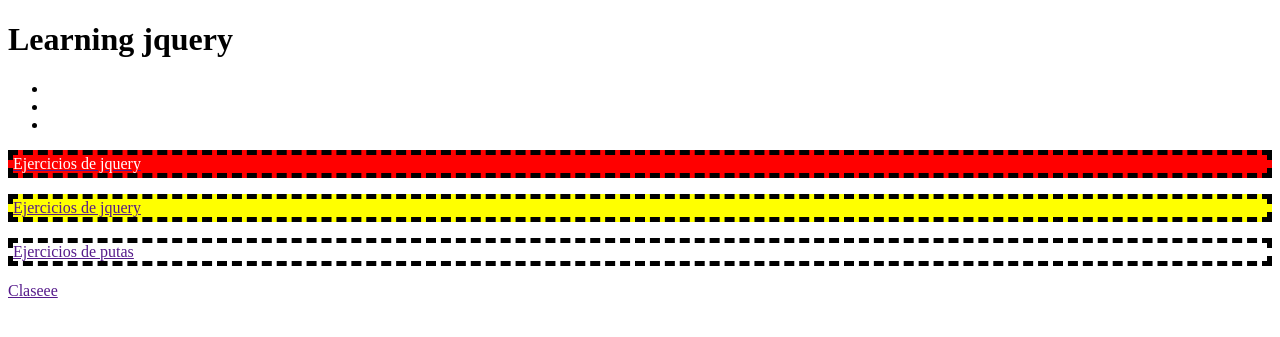
Repository: gitmadacode/practica_javascript
Page: Inicio/jquery/index.html
These files come from the project's save history. The page is drawn as it stood at one moment and after a run of saves; the edit follows.
The browser window is 1280 px wide. The pictures show the whole page.

Above is the page before, as saved 2019-09-13 18:52:34.

### Inicio/jquery/index.html
<!DOCTYPE html>
<html lang="en">
<head>
    <meta charset="UTF-8">
    <meta name="viewport" content="width=device-width, initial-scale=1.0">
    <meta http-equiv="X-UA-Compatible" content="ie=edge">
    <!--<script src="https://ajax.googleapis.com/ajax/libs/jquery/3.4.1/jquery.min.js"></script>--->
    <script type="text/javascript" src="../js/jquery.min.js"></script>
    <script type="text/javascript" src="../js/selectores.js"></script>
    <title>jquery</title>
    <h1>Learning jquery</h1>
    <ul>
        <li><a href="https://www.facebook.com/"></a></li>
        <li><a href="https://www.youtube.com/channel/UCrWvjjD84UOcbNMvv_22UVQ/videos"></a></li>
        <li><a href=""</li>
    </ul>
    <p id="rojo" class="zebra">Ejercicios de jquery</p>
    <p id="amarillo" class="zebra">Ejercicios de jquery</p>
    <p class="zebra">Ejercicios de putas</p>
    <p>Claseee</p>
</head>
<body>

</body>
</html>

### Inicio/js/selectores.js
//Un ID es un identificador unico , para muchos usamos Class

$(document).ready(function(){
    //Selector ID
    var rojo = $("#rojo").css("background","red")
                         .css("color","white");

    var amarillo = $("#amarillo").css("background","yellow");

    //Selector de clase

    var mi_clase = $('.zebra');
    mi_clase.css("border","5px dashed black");

    $('.sin_borde').click(function(){
        console.log("click dado");
        $(this).addClass('zebra');
    });

    //Selectores de etiqueta

    var parrafos = $('p');

    parrafos.click(function(){
    $(this).removeClass("zebra");
    });

    console.log(rojo);

    //Selectores de atributo


});

Loaded but not shown: Inicio/js/jquery.min.js (library)

After the next 2 saves:
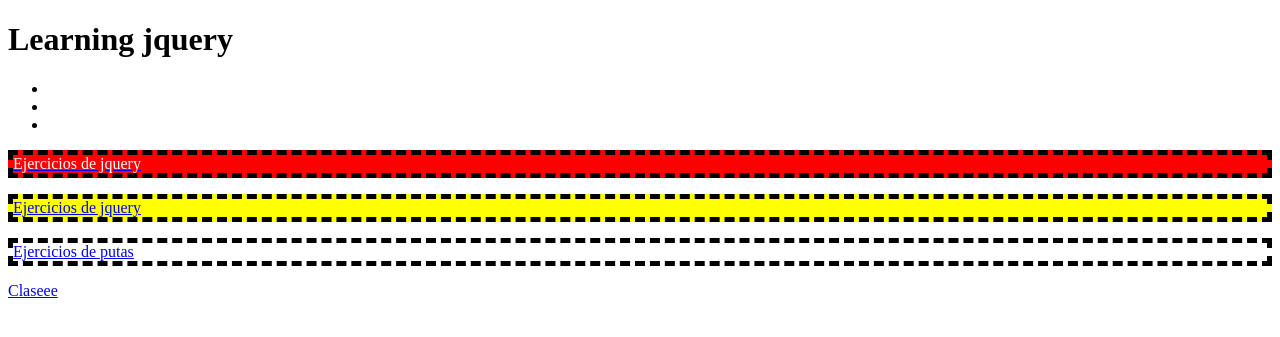
The 2 saves are shown as one change because they came seconds apart.
The last was saved 16 s later.
--- a/Inicio/jquery/index.html
+++ b/Inicio/jquery/index.html
@@ -12,7 +12,7 @@
     <ul>
         <li><a href="https://www.facebook.com/"></a></li>
         <li><a href="https://www.youtube.com/channel/UCrWvjjD84UOcbNMvv_22UVQ/videos"></a></li>
-        <li><a href=""</li>
+        <li><a href="https://www.google.com/webhp?hl=es-419&ictx=2&sa=X&ved=0ahUKEwjYmbSv5M7kAhUOHbkGHfYLDgkQPQgH"</li>
     </ul>
     <p id="rojo" class="zebra">Ejercicios de jquery</p>
     <p id="amarillo" class="zebra">Ejercicios de jquery</p>
